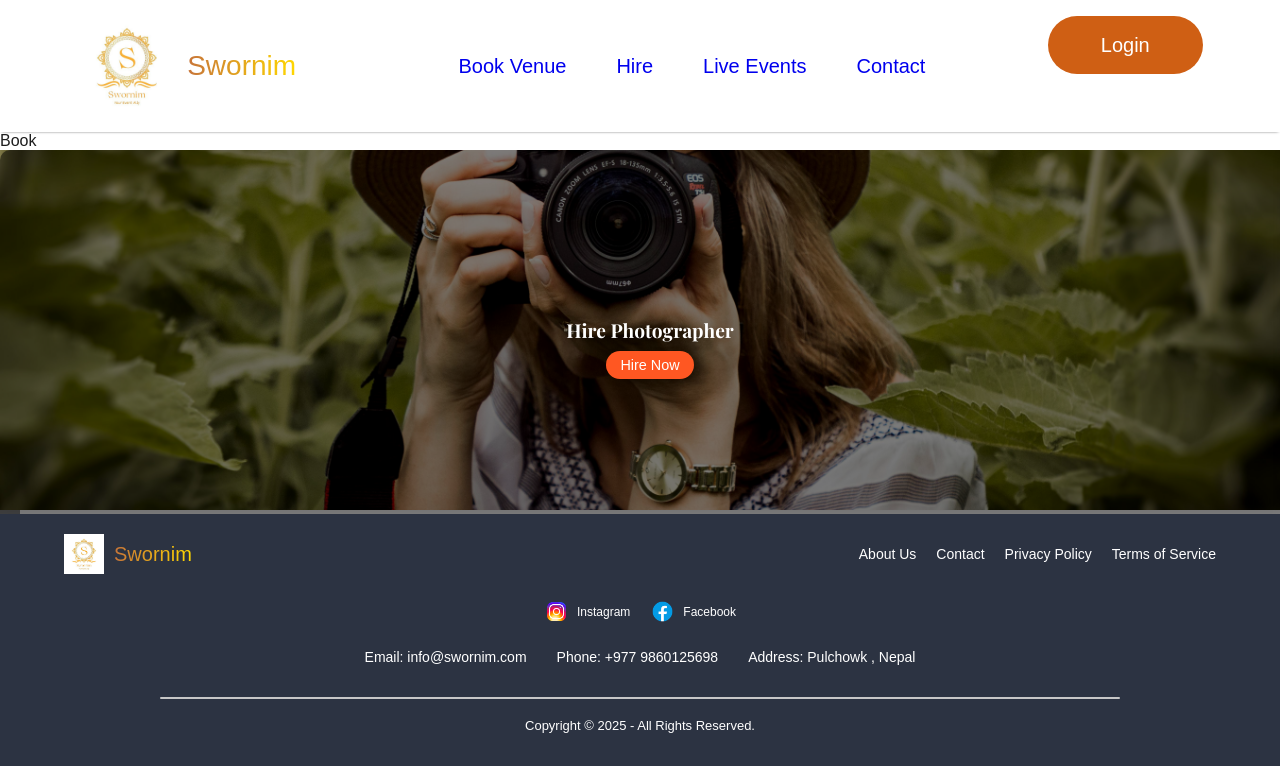
Repository: leonischu/Swornim
Page: / (app in frontend/)
The author's editor kept a copy of each file at every save. The page is drawn from the files as they stood at one save, then again after the next save.
The browser window is 1280 px wide. The pictures show the whole page.
Pictures or frames that could not be fetched are drawn as grey boxes. The project was rebuilt for these pictures with package versions that can differ from the ones it lists, and the page was loaded fresh each time. Also part of the build but not shown: frontend/src/App.css, frontend/src/Pages/Contact.jsx, frontend/src/Pages/LoginSignup.jsx.

Above is the page before, as saved 2025-06-01 18:49:18.

### frontend/public/index.html
<!DOCTYPE html>
<html lang="en">
  <head>
    <meta charset="utf-8" />
    <link rel="icon" href="%PUBLIC_URL%/favicon.ico" />
    <meta name="viewport" content="width=device-width, initial-scale=1" />
    <meta name="theme-color" content="#000000" />
    <meta
      name="description"
      content="Web site created using create-react-app"
    />
    <link rel="apple-touch-icon" href="%PUBLIC_URL%/logo192.png" />
    <!--
      manifest.json provides metadata used when your web app is installed on a
      user's mobile device or desktop. See https://developers.google.com/web/fundamentals/web-app-manifest/
    -->
    <link rel="manifest" href="%PUBLIC_URL%/manifest.json" />
    <link href="https://fonts.googleapis.com/css2?family=Lato:wght@400;600&family=Playfair+Display:wght@400;600;700&display=swap" rel="stylesheet">
    <link rel="stylesheet" href="https://cdnjs.cloudflare.com/ajax/libs/font-awesome/6.0.0-beta3/css/all.min.css"/>

    <!--
      Notice the use of %PUBLIC_URL% in the tags above.
      It will be replaced with the URL of the `public` folder during the build.
      Only files inside the `public` folder can be referenced from the HTML.

      Unlike "/favicon.ico" or "favicon.ico", "%PUBLIC_URL%/favicon.ico" will
      work correctly both with client-side routing and a non-root public URL.
      Learn how to configure a non-root public URL by running `npm run build`.
    -->
    <title>Swornim</title>
  </head>
  <body>
    <noscript>You need to enable JavaScript to run this app.</noscript>
    <div id="root"></div>
    <!--
      This HTML file is a template.
      If you open it directly in the browser, you will see an empty page.

      You can add webfonts, meta tags, or analytics to this file.
      The build step will place the bundled scripts into the <body> tag.

      To begin the development, run `npm start` or `yarn start`.
      To create a production bundle, use `npm run build` or `yarn build`.
    -->
  </body>
</html>

### frontend/src/index.css
body {
  margin: 0;
  font-family: -apple-system, BlinkMacSystemFont, 'Segoe UI', 'Roboto', 'Oxygen',
    'Ubuntu', 'Cantarell', 'Fira Sans', 'Droid Sans', 'Helvetica Neue',
    sans-serif;
  -webkit-font-smoothing: antialiased;
  -moz-osx-font-smoothing: grayscale;
  font-family: 'Lato', sans-serif ;
  color: rgb(29, 29, 29);
}
h1, h2, h3, h4, h5, h6 {
  font-family: 'Playfair Display', serif;
  color: rgb(23, 23, 23); /* Default heading color */
  font-weight: bold;
}
.body-medium {
  font-family: 'Lato', sans-serif;
  font-size: 16px;
  color: rgb(29, 29, 29);
}
.title-medium {
  font-family: 'Playfair Display', serif;
  font-size: 20px;
  font-weight: bold;
  color: rgb(23, 23, 23);
}
.headline-small {
  font-family: 'Playfair Display', serif;
  font-size: 24px;
  font-weight: bold;
  color: white; /* White for headings like "Book Venue" */
}

code {
  font-family: source-code-pro, Menlo, Monaco, Consolas, 'Courier New',
    monospace;
}

### frontend/src/App.js

import './App.css';
import { Navbar } from './Components/Navbar/Navbar';
import { BrowserRouter, Routes, Route } from 'react-router-dom';
import { Book } from './Pages/Book';
import { Contact } from './Pages/Contact';
import { LoginSignup } from './Pages/LoginSignup';
import { Footer} from './Components/Footer/Footer';
import Carousel from './Components/Carousel/Carousel';
function App() {
  return (
    <div>
      <BrowserRouter>
      <Navbar/>
       <Routes>
          <Route path='/' element={<Book/>}/>
          <Route path='/contact' element={<Contact/>}/>

          <Route path='/login' element={<LoginSignup/>}/>
          </Routes>
          <Carousel/>
         <Footer/>
      </BrowserRouter>
    </div>
  );
}

export default App;

### frontend/src/Components/Navbar/Navbar.jsx
import React, { useState } from 'react'
import './Navbar.css'

import logo from '../Assets/logo.jpg'
import { Link } from 'react-router-dom';
export const Navbar = () => {
    const [menu, setMenu] = useState(""); // State for active menu item

  return (
    <div className='navbar'>
      <div className='nav-logo'>
        <img src={logo} alt=""/>
        <p>Swornim</p>
      </div>
      <ul className="nav-menu">
        <li onClick={()=>{setMenu("book venue")}}><Link style={{ textDecoration: 'none' }}to='/'>Book Venue</Link>{menu==="book venue"?<hr/>:<></>}</li>
        <li onClick={()=>{setMenu("hire")}}><Link style={{ textDecoration: 'none' }}to='/hire'> Hire</Link>{menu==="hire"?<hr/>:<></>}</li>
        <li onClick={()=>{setMenu("live events")}}><Link style={{ textDecoration: 'none' }} to='/liveevents'>Live Events</Link>{menu==="live events"?<hr/>:<></>}</li>
        <li onClick={()=>{setMenu("contact")}}><Link style={{ textDecoration: 'none' }}  to='/contact'>Contact</Link >{menu==="contact"?<hr/>:<></>}</li>
      </ul>
      <div className='nav-login-cart'>
        <Link to='/login'><button>Login</button></Link>

      </div>
    </div>
  )
}

### frontend/src/Pages/Book.jsx
import React from 'react';


export const Book = () => {
  return (
    <div>Book</div>


  )
}

### frontend/src/Components/Footer/Footer.jsx
import React from 'react'
import './Footer.css'
import footer_logo from '../Assets/logo.jpg'
import instagram_icon from '../Assets/instagram_icon.png'
import facebook_icon from '../Assets/facebook_icon.png'

export const Footer = () => {
  return (
    <div className='footer'>

      {/* Logo and Navigation Links */}
      <div className='footer-top'>
        <div className="footer_logo">
          <img src={footer_logo} alt='logo' />
          <p>Swornim</p>
        </div>

        <ul className='footer-links'>
          <li>About Us</li>
          <li>Contact</li>
          <li>Privacy Policy</li>
          <li>Terms of Service</li>
        </ul>
      </div>

      {/* Social Icons */}
      <div className="footer-social-section">
        <div className="footer-social-icon">
          <a
            href="https://instagram.com"
            target="_blank"
            rel="noopener noreferrer"
            className='footer-icons-container'
          >
            <img src={instagram_icon} alt="Instagram" />
            <span>Instagram</span>
          </a>
          <a
            href="https://facebook.com"
            target="_blank"
            rel="noopener noreferrer"
            className='footer-icons-container'
          >
            <img src={facebook_icon} alt="Facebook" />
            <span>Facebook</span>
          </a>
        </div>
      </div>

      {/* Contact Info */}
      <div className="footer-contact">
        <p>Email: info@swornim.com</p>
        <p>Phone: +977 9860125698 </p>
        <p>Address: Pulchowk , Nepal</p>
      </div>

      {/* Copyright */}
      <div className="footer-copyright">
        <hr />
        <p>Copyright © 2025 - All Rights Reserved.</p>
      </div>

    </div>
  )
}

### frontend/src/Components/Carousel/Carousel.jsx
import React from 'react';
import Slider from "react-slick";
import "slick-carousel/slick/slick.css";
import "slick-carousel/slick/slick-theme.css";
import "./Carousel.css";
const Carousel = () => {
  const settings = {
    dots: true,
    infinite: true,
    speed: 500,
    slidesToShow: 1,
    slidesToScroll: 1,
    autoplay: true,
    autoplaySpeed: 3000,
  };

  const slides = [
    {
      title: "Book Your Event",
      image: require("../Assets/venue.jpg"),
      buttonText: "Book Now",
    },
    {
      title: "Hire Photographer",
      image: require("../Assets/photographer.jpg"),
      buttonText: "Hire Now",
    },
    {
      title: "Hire Makeup Artist",
      image: require("../Assets/makeupartist.jpg"),
      buttonText: "Hire Now",
    },
    {
      title: "Get Into Live Events",
      image: require("../Assets/liveevent.jpg"),
      buttonText: "Explore Now",
    },
  ];

return (
  <div className="carousel-container">
    <Slider {...settings}>
      {slides.map((slide, index) => (
        <div key={index} className="carousel-slide">
          <img
            src={slide.image}
            alt={slide.title}
            className="carousel-image"
          />
          <div className="carousel-overlay">
            <h2 className="carousel-title">{slide.title}</h2>
            <button className="carousel-button">{slide.buttonText}</button>
          </div>
        </div>
      ))}
    </Slider>
  </div>
);
}

export default Carousel;

### frontend/src/Components/Navbar/Navbar.css
.navbar{
    display:flex;
    justify-content: space-around;
    padding: 16px;
    box-shadow: 0 1px 3px -2px black;
}
.nav-logo{
    display: flex;
    align-items: center;
    gap: 10px;
}
.nav-logo p {
    background: linear-gradient(to right, rgba(199, 116, 57, 1), #FFD700);
    -webkit-background-clip: text;
    -webkit-text-fill-color: transparent;
    background-clip: text; /* Optional for broader support */
    font-size: 28px;
    font-weight: 400;
}
.nav-logo img {
    width: 100px; /* Adjust the width of an image/icon */
    height: auto;
}
.nav-menu{
    display: flex;
    align-items: center;
    list-style: none;
    gap: 50px;
    color: black;
    font-size: 20px;
    font-weight: 500;

}
.nav-menu li{
    display: flex;
    flex-direction: column;
    align-items: center;
    justify-content: center;
    gap: 3px;
    cursor: pointer;

}
.nav-menu hr{
    border: none;
    width: 90%;
    height: 3px;
    border-radius: 15px;
    background: rgba(207, 95, 20, 1);

}
.nav-login-cart {
    display: flex; /* Flexbox layout */
    gap: 15px; /* Adjust the gap between buttons */
}
.nav-login-cart button{
    width: 155px;
    height: 58px;
    outline: none;
    border: 1px solid transparent;
    border-radius: 75px;
    background-color: rgba(207, 95, 20, 1);
    color: white;
    font-size: 20px;
    font-weight: 500;
    cursor: pointer;
}
.nav-login-cart button:active{
    background: rgba(44, 51, 66, 1);
}

### frontend/src/Pages/CSS/LoginSignup.css
body, html {
  margin: 0;
  padding: 0;
  box-sizing: border-box;
  font-family: 'Arial', sans-serif;
}

.loginsignup {
  width: 100%;
  height: 100vh;
  display: flex;
  justify-content: center;
  align-items: center;
  background: none; /* No background color */
}

.loginsignup-container {
  width: 400px;
  padding: 30px;
  background: white;
  border-radius: 10px;
  box-shadow: 0 4px 15px rgba(0, 0, 0, 0.1);
  text-align: center;
}

.loginsignup-container h1 {
  margin-bottom: 20px;
  color: #333;
  font-size: 24px;
}

.input-container {
  position: relative;
  margin-bottom: 20px;
}

.input-container i {
  position: absolute;
  top: 50%;
  left: 10px;
  transform: translateY(-50%);
  color: #aaa;
  font-size: 16px;
}

.input-container input {
  width: calc(100% - 40px);
  padding: 10px 10px 10px 35px;
  border: 1px solid #ccc;
  border-radius: 5px;
  font-size: 16px;
  outline: none;
  color: #333;
}

.input-container input:focus {
  border-color: #555;
}

button {
  width: 100%;
  padding: 12px;
  border: none;
  border-radius: 5px;
  background: rgba(207, 95, 20, 1);
  color: white;
  font-size: 18px;
  cursor: pointer;
  transition: background 0.3s ease-in-out;
}

button:hover {
  background: rgba(165, 75, 15, 1);
}

.loginsignup-login {
  margin-top: 20px;
  color: #555;
  font-size: 14px;
}

.loginsignup-login span {
  color: rgba(165, 75, 15, 1);;
  font-weight: bold;
  cursor: pointer;
}

.loginsignup-login span:hover {
  text-decoration: underline;
}

.loginsignup-agree {
  display: flex;
  align-items: center; /* Vertically aligns checkbox and text */
  gap: 10px; /* Space between the checkbox and the text */
  margin-top: 20px;
  font-size: 14px;
  color: #5c5c5c;
}

.loginsignup-agree input {
  margin-right: 10px;
}

.loginsignup-agree input[type='checkbox'] {
  width: 16px; /* Adjust the size of the checkbox */
  height: 16px;
  cursor: pointer; /* Makes the checkbox more interactive */
}

### frontend/src/Components/Footer/Footer.css
.footer {
  display: flex;
  flex-direction: column;
  justify-content: center;
  align-items: center;
  gap: 25px; /* Increased gap for better spacing */
  padding: 20px 0;
  background-color: rgba(44, 51, 66, 1);
  color: white;
  font-family: Arial, sans-serif;
  font-size: 14px;
}

/* Top section with logo and links */
.footer-top {
  display: flex;
  flex-wrap: wrap;
  justify-content: space-between;
  align-items: center;
  width: 90%;
  max-width: 1200px;
}

.footer_logo {
  display: flex;
  align-items: center;
  gap: 10px;
}

.footer_logo img {
  width: 40px;
  height: auto;
}

.footer_logo p {
  background: linear-gradient(to right, rgba(199, 116, 57, 1), #FFD700);
  -webkit-background-clip: text;
  -webkit-text-fill-color: transparent;
  font-size: 20px;
  font-weight: 500;
  margin: 0;
}

.footer-links {
  display: flex;
  list-style: none;
  gap: 20px;
  padding: 0;
  margin: 0;
  font-size: 14px;
}

.footer-links li {
  cursor: pointer;
  transition: color 0.3s;
}

.footer-links li:hover {
  color: #ffa500;
}

/* Social Icons Section */
.footer-social-section {
  width: 90%;
  max-width: 1200px;
  text-align: center;
}

.footer-social-icon {
  display: flex;
  justify-content: center;
  gap: 20px;
}

.footer-icons-container {
  display: flex;
  align-items: center;
  gap: 8px;
  text-decoration: none;
  color: white;
  background: none;
  border: none;
  cursor: pointer;
  transition: color 0.3s ease;
}

.footer-icons-container img {
  width: 25px;
  height: 25px;
}

.footer-icons-container span {
  font-size: 12px;
}

.footer-icons-container:hover {
  color: #ff5722;
}

/* Contact Info Section */
.footer-contact {
  display: flex;
  flex-wrap: wrap;
  justify-content: center;
  gap: 30px;
  text-align: center;
  width: 90%;
  max-width: 1200px;
  font-size: 14px;
}

.footer-contact p {
  margin: 0;
}

/* Copyright Section */
.footer-copyright {
  display: flex;
  flex-direction: column;
  align-items: center;
  width: 100%;
  max-width: 1200px;
  color: white;
  font-size: 13px;
  text-align: center;
}

.footer-copyright hr {
  width: 80%;
  border: none;
  border-radius: 10px;
  height: 2px;
  background: #c7c7c7;
}

### frontend/src/Components/Carousel/Carousel.css
/* Carousel container */
.carousel-container {
  width: 100vw;
  margin: 0 auto;
  overflow: hidden;
}

/* Each slide */
.carousel-slide {
  position: relative;
  display: flex;
  justify-content: center;
  align-items: center;
}

/* Image styles */
.carousel-image {
  width: 100vw;
  height: 50vh;    /* Half viewport height */
  object-fit: cover; /* Ensures the image fills the area without distortion */
  border-radius: 0;
  box-shadow: 0px 4px 8px rgba(0, 0, 0, 0.1);
}

/* Overlay styles */
.carousel-overlay {
  position: absolute;
  top: 0;
  left: 0;
  width: 100%;
  height: 100%;
  background: rgba(0, 0, 0, 0.5); /* Slightly darker overlay */
  display: flex;
  flex-direction: column;
  justify-content: center;
  align-items: center;
  border-radius: 10px;
  padding: 10px;
}

/* Title styles */
.carousel-title {
  color: white;
  font-size: 1.2rem; /* Smaller font size for titles */
  font-weight: bold;
  margin-bottom: 8px;
  text-align: center;
}

/* Button styles */
.carousel-button {
  background-color: #ff5722;
  color: white;
  display: inline-block;
  width: auto;
  max-width: 150px;
  padding: 6px 14px; /* Smaller padding for buttons */
  border: none;
  border-radius: 20px;
  font-size: 0.9rem; /* Smaller button font size */
  cursor: pointer;
  box-shadow: 0px 2px 6px rgba(0, 0, 0, 0.2);
  transition: background-color 0.3s ease;
}

.carousel-button:hover {
  background-color: #e64a19;
}

Loaded but not shown: frontend/src/index.js (common file); frontend/src/reportWebVitals.js (common file)

After the next save:
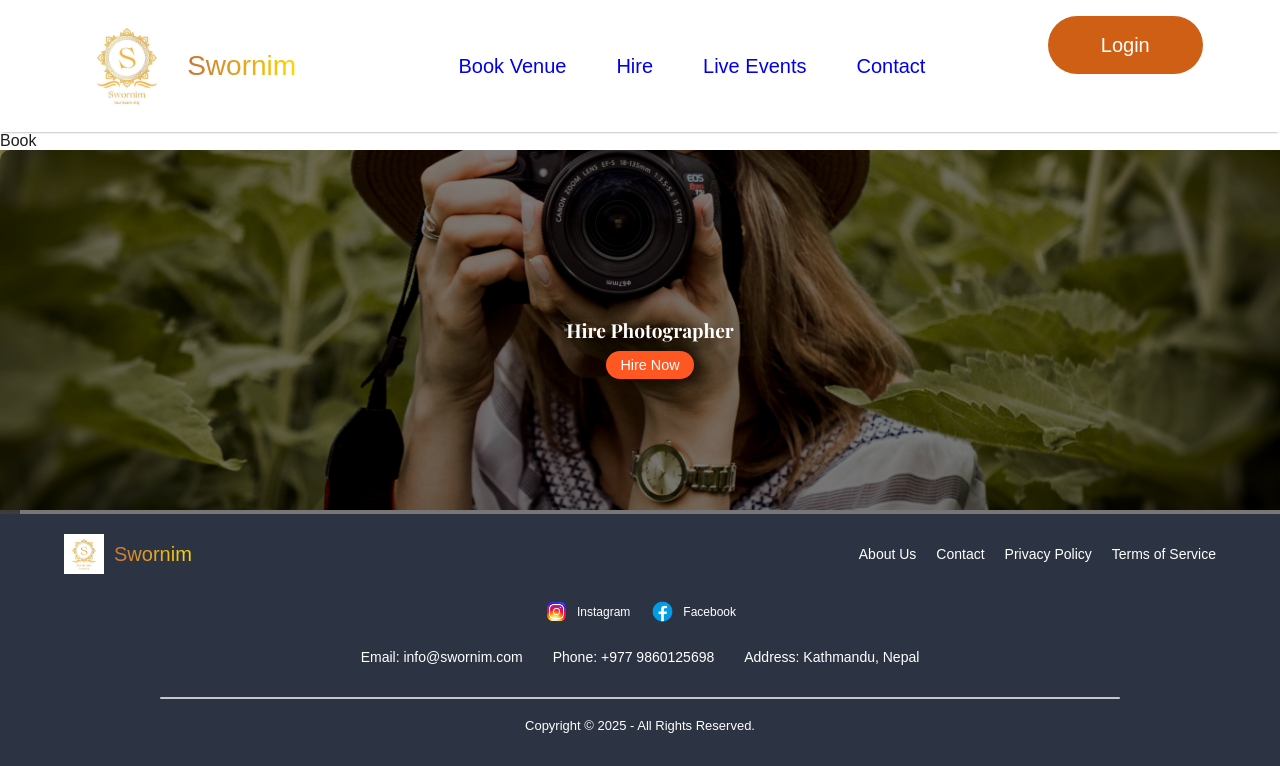
Saved 16 s later.
--- a/frontend/src/Components/Footer/Footer.jsx
+++ b/frontend/src/Components/Footer/Footer.jsx
@@ -51,7 +51,7 @@ export const Footer = () => {
       <div className="footer-contact">
         <p>Email: info@swornim.com</p>
         <p>Phone: +977 9860125698 </p>
-        <p>Address: Pulchowk , Nepal</p>
+        <p>Address: Kathmandu, Nepal</p>
       </div>
 
       {/* Copyright */}
